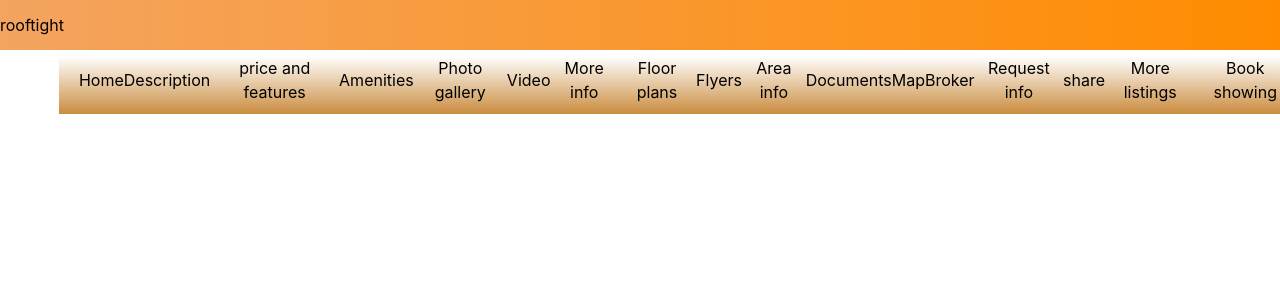
Repository: TMuse333/real-estate-landingpage
Page: /
These files come from the project's save history. The page is drawn as it stood at one moment and after the next save; the edit follows.
The browser window is 1280 px wide. The pictures show the whole page.
The project was rebuilt for these pictures with package versions that can differ from the ones it lists, and the page was loaded fresh each time. Also part of the build but not shown: vite.config.js.

Above is the page before, as saved 2023-09-19 16:08:30.

After the next save:
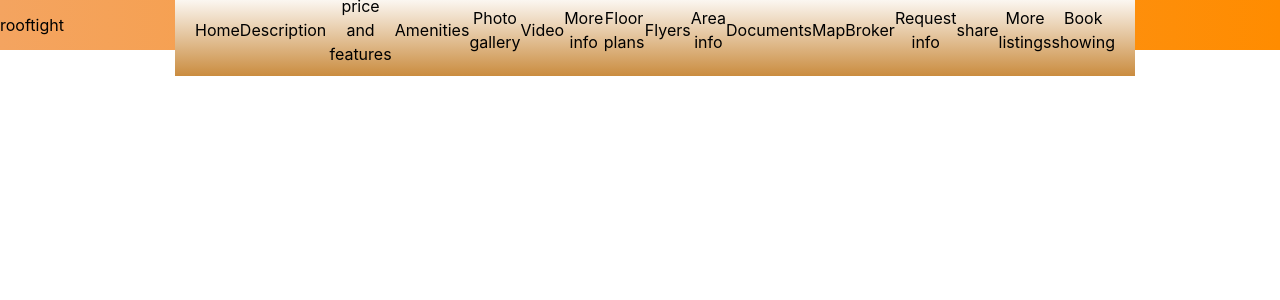
Saved 7 s later.
--- a/src/App.css
+++ b/src/App.css
@@ -51,6 +51,17 @@ padding: 0;
     height: 50px;
    }
 
+   .list-container {
+    position: absolute;
+    display: flex;
+    flex-direction: row;
+    justify-content: space-between;
+    left: 50%; /* Set the left position to the center of the parent container */
+    transform: translateX(-50%);
+    width: 75vw;
+    margin-bottom:100px;
+  }
+
   .nav-list{
     display: flex;
     align-items: center;
